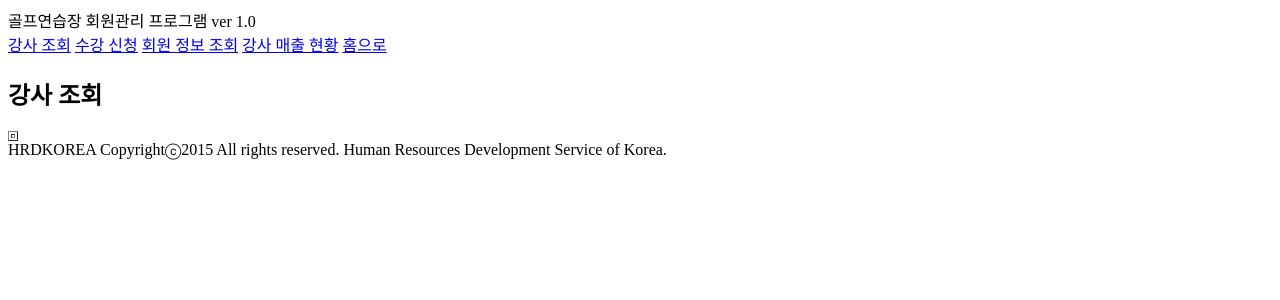
Repository: wwwxsv19/HRDkorea
Page: http://localhost/golf/list.jsp
The author's editor kept a copy of each file at every save. The page is drawn from the files as they stood at one save, then again after the next save.
The browser window is 1280 px wide. The pictures show the whole page.
The page is served by Tomcat 9. Queries for data that is not in the repository find no rows.

Above is the page before, as saved 2024-06-25 07:43:49.

### golf/golf/src/main/webapp/list.jsp
<%@ include file="db.jsp" %>
<%@ page language="java" contentType="text/html; charset=UTF-8"
    pageEncoding="UTF-8"%>
<!DOCTYPE html>
<html>
<head>
	<meta charset="UTF-8">
	<title>list</title>
	<link rel="stylesheet" href="style.css">
</head>
<body>
<script type="text/javascript" src="check.js"></script>
<jsp:include page="header.jsp"></jsp:include>
<section>
	<h1>강사 조회</h1>
	<table border=1>
		<tr>
			<td></td>
		</tr>
	</table>
</section>
<jsp:include page="footer.jsp"></jsp:include>
</body>
</html>

### golf/golf/src/main/webapp/db.jsp
<%@ page import="java.sql.*" %>
<%@ page language="java" contentType="text/html; charset=UTF-8"
    pageEncoding="UTF-8"%>
<%

Class.forName("oracle.jdbc.OracleDriver");
Connection conn = DriverManager.getConnection(
		"jdbc:oracle:thin:@//localhost:1521/xe", "system", "1234");

%>

### golf/golf/src/main/webapp/header.jsp
<%@ include file="db.jsp" %>
<%@ page language="java" contentType="text/html; charset=UTF-8"
    pageEncoding="UTF-8"%>
<!DOCTYPE html>
<html>
<head>
	<meta charset="UTF-8">
</head>
<body>
<header>골프연습장 회원관리 프로그램 ver 1.0</header>
<nav>
	<a href="list.jsp">강사 조회</a>
	<a href="insert.jsp">수강 신청</a>
	<a href="info.jsp">회원 정보 조회</a>
	<a href="money.jsp">강사 매출 현황</a>
	<a href="index.jsp">홈으로</a>
</nav>
</body>
</html>

### golf/golf/src/main/webapp/footer.jsp
<%@ include file="db.jsp" %>
<%@ page language="java" contentType="text/html; charset=UTF-8"
    pageEncoding="UTF-8"%>
<!DOCTYPE html>
<html>
<head>
	<meta charset="UTF-8">
</head>
<body>
<footer>HRDKOREA Copyrightⓒ2015 All rights reserved. Human Resources Development Service of Korea.</footer>
</body>
</html>

Loaded but not shown: golf/golf/src/main/webapp/check.js (no copy from this time; the picture is the same without it); golf/golf/src/main/webapp/style.css (no copy from this time; the picture is the same without it)

After the next save:
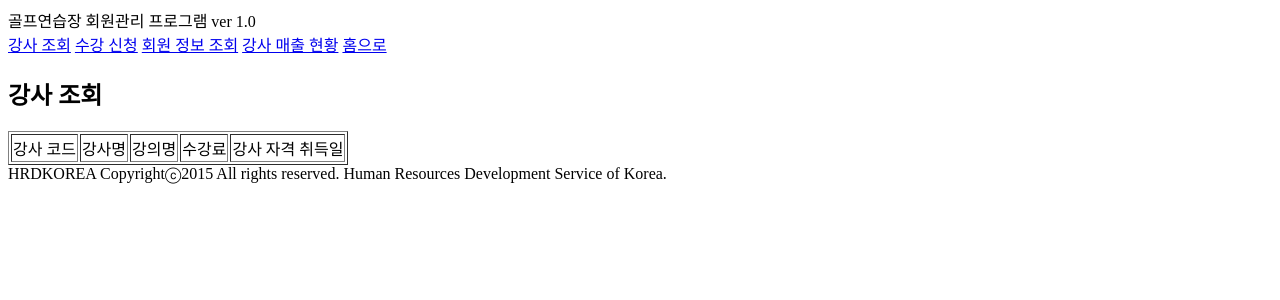
Saved 12 min 25 s later.
--- a/golf/golf/src/main/webapp/list.jsp
+++ b/golf/golf/src/main/webapp/list.jsp
@@ -15,8 +15,25 @@
 	<h1>강사 조회</h1>
 	<table border=1>
 		<tr>
-			<td></td>
+			<td>강사 코드</td>
+			<td>강사명</td>
+			<td>강의명</td>
+			<td>수강료</td>
+			<td>강사 자격 취득일</td>
 		</tr>
+		<%
+
+		request.setCharacterEncoding("UTF-8");
+
+		try {
+			String query = "select * from coach";
+			PreparedStatement pstmt = conn.prepareStatement(query);
+			ResultSet rs = pstmt.executeQuery();
+		} catch(Exception e) {
+			e.printStackTrace();
+		}
+
+		%>
 	</table>
 </section>
 <jsp:include page="footer.jsp"></jsp:include>
